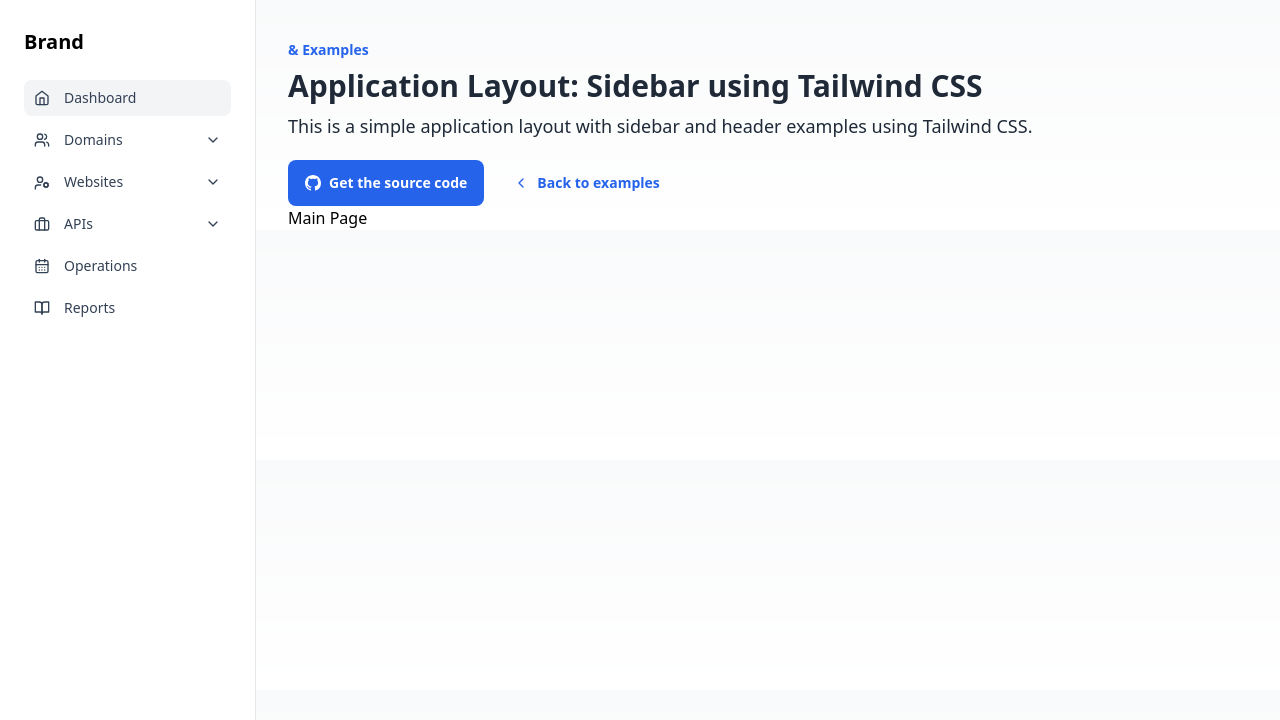
Repository: prodigytutor/my-app
Page: /
An editor plug-in stored every save of this project. The page is shown before and after the next save, followed by the edit.
The browser window is 1280 px wide. The pictures show the whole page.
The project was rebuilt for these pictures with package versions that can differ from the ones it lists, and the page was loaded fresh each time. The framework's server and built-in components were replaced by stand-ins that run in the browser. Also part of the build but not shown: next.config.js.

Above is the page before, as saved 2023-12-07 14:40:11.

After the next save:
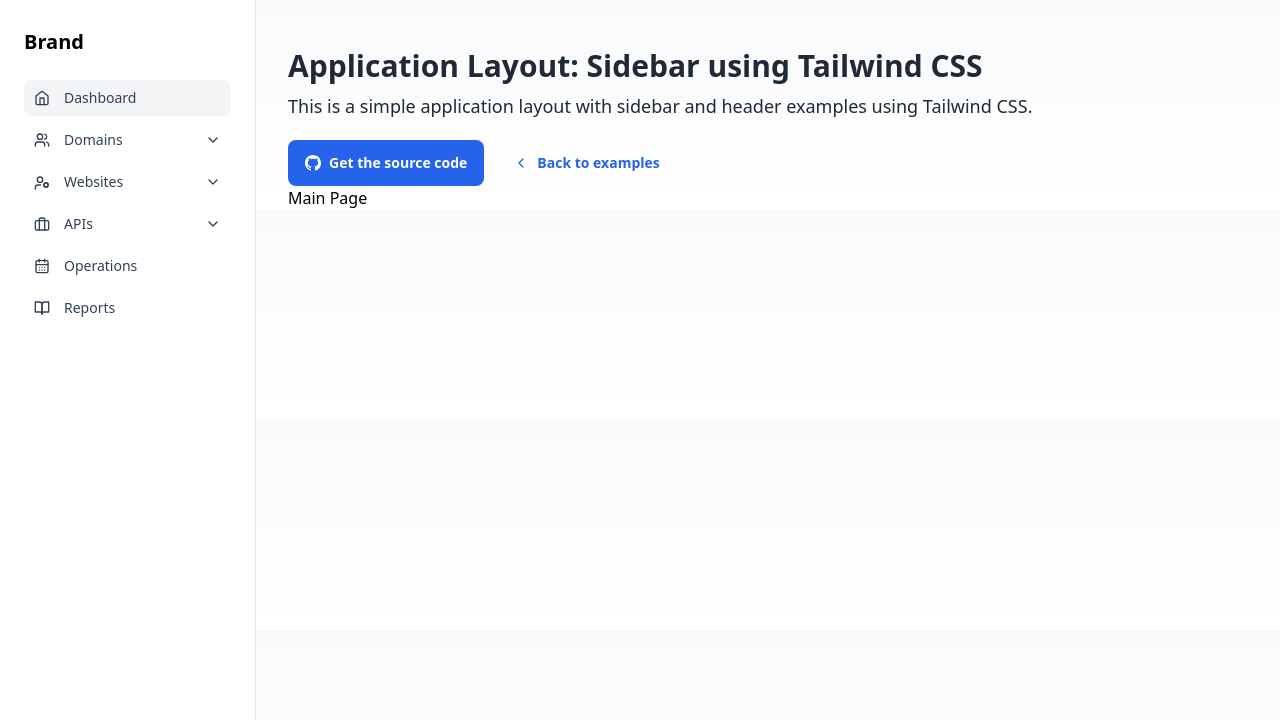
Saved 4 s later.
--- a/src/components/Header.tsx
+++ b/src/components/Header.tsx
@@ -8,7 +8,7 @@
 const header: React.FC<IAppProps> = () => {
     return (
         <header>
-        <p className="mb-2 text-sm font-semibold text-blue-600"> & Examples</p>
+        <p className="mb-2 text-sm font-semibold text-blue-600"></p>
         <h1 className="block text-2xl font-bold text-gray-800 sm:text-3xl dark:text-white">Application Layout: Sidebar using Tailwind CSS</h1>
         <p className="mt-2 text-lg text-gray-800 dark:text-gray-400">This is a simple application layout with sidebar and header examples using Tailwind CSS.</p>
         <div className="mt-5 flex flex-col items-center gap-2 sm:flex-row sm:gap-3">

After the save that followed:
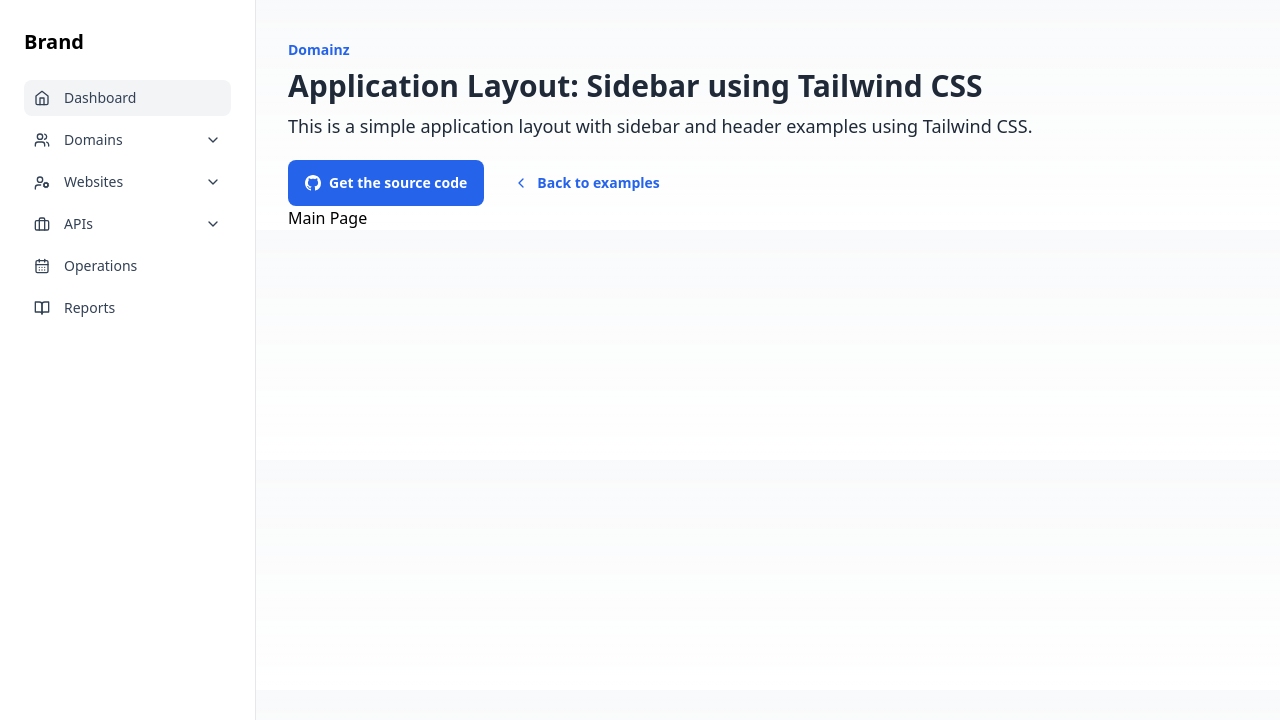
Saved 7 s later.
--- a/src/components/Header.tsx
+++ b/src/components/Header.tsx
@@ -8,7 +8,7 @@
 const header: React.FC<IAppProps> = () => {
     return (
         <header>
-        <p className="mb-2 text-sm font-semibold text-blue-600"></p>
+        <p className="mb-2 text-sm font-semibold text-blue-600">Domainz</p>
         <h1 className="block text-2xl font-bold text-gray-800 sm:text-3xl dark:text-white">Application Layout: Sidebar using Tailwind CSS</h1>
         <p className="mt-2 text-lg text-gray-800 dark:text-gray-400">This is a simple application layout with sidebar and header examples using Tailwind CSS.</p>
         <div className="mt-5 flex flex-col items-center gap-2 sm:flex-row sm:gap-3">
